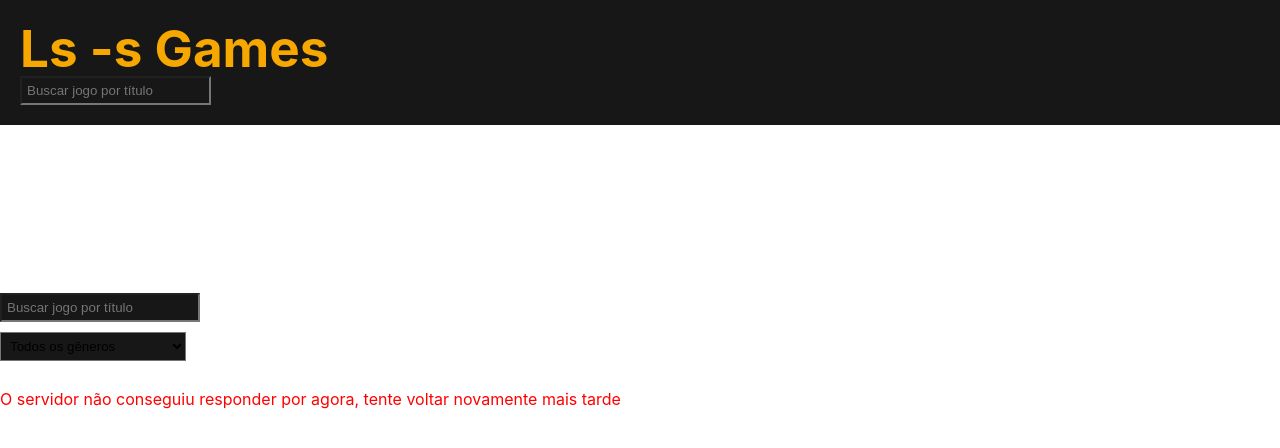
Repository: nlemuel/games-front-test
Page: /
These files come from the project's save history. The page is drawn as it stood at one moment and after the next save; the edit follows.
The browser window is 1280 px wide. The pictures show the whole page.
The page's requests for data from a server got no answer. The project was rebuilt for these pictures with package versions that can differ from the ones it lists, and the page was loaded fresh each time. No one was signed in, and anything a server would have sent is missing. Also part of the build but not shown: vite.config.ts.

Above is the page before, as saved 2023-06-25 16:50:11.

### src/App.tsx
import React from 'react';
import Home from './pages/Home';

const App: React.FC = () => {
  return <Home />;
};

export default App;

### src/index.css
:root {
  font-family: Inter, system-ui, Avenir, Helvetica, Arial, sans-serif;
  line-height: 1.5;
  font-weight: 400;

  color-scheme: light dark;
  color: rgba(255, 255, 255, 0.87);
  background-color: #171617;

  font-synthesis: none;
  text-rendering: optimizeLegibility;
  -webkit-font-smoothing: antialiased;
  -moz-osx-font-smoothing: grayscale;
  -webkit-text-size-adjust: 100%;
}

a {
  font-weight: 500;
  color: #646cff;
  text-decoration: inherit;
}
a:hover {
  color: #535bf2;
}

body {
  margin: 0;
  display: flex;
  place-items: center;
  min-width: 320px;
  min-height: 100vh;
}

h1 {
  font-size: 3.2em;
  line-height: 1.1;
}

button {
  border-radius: 8px;
  border: 1px solid transparent;
  padding: 0.6em 1.2em;
  font-size: 1em;
  font-weight: 500;
  font-family: inherit;
  background-color: #1a1a1a;
  cursor: pointer;
  transition: border-color 0.25s;
}
button:hover {
  border-color: #646cff;
}
button:focus,
button:focus-visible {
  outline: 4px auto -webkit-focus-ring-color;
}

@media (prefers-color-scheme: light) {
  :root {
    color: #213547;
    background-color: #ffffff;
  }
  a:hover {
    color: #747bff;
  }
  button {
    background-color: #f9f9f9;
  }
}

### src/pages/Home.tsx
import React, { useState, useEffect } from 'react';
import Container from '../components/Container/styles';
import Card from '../components/Card/styles';
import Title from '../components/Title/styles';
import Image from '../components/Image/styles';
import ErrorMessage from '../components/ErrorMessage/styles';
import Loader from '../components/Loader/styles';
import SearchBar from '../components/SearchBar/styles';
import GenreFilter from '../components/GenreFilter/styles';
import Header from '../components/Header';

import { fetchGames } from '../api/api';
import DescriptionText from '../components/Description/styles';

interface Game {
  id: number;
  title: string;
  genre: string;
  thumbnail: string;
  short_description: string;
}

const App: React.FC = () => {
  const [loading, setLoading] = useState<boolean>(true);
  const [error, setError] = useState<string>('');
  const [games, setGames] = useState<Game[]>([]);
  const [searchTerm, setSearchTerm] = useState<string>('');
  const [selectedGenre, setSelectedGenre] = useState<string>('');

  useEffect(() => {
    const fetchData = async () => {
      try {
        setLoading(true);
        setError('');

        const fetchedGames = await fetchGames();
        setGames(fetchedGames);
      } catch (error: any) {
        setError(error.message);
      } finally {
        setLoading(false);
      }
    };

    fetchData();
  }, []);

  const handleSearch = (event: React.ChangeEvent<HTMLInputElement>) => {
    setSearchTerm(event.target.value);
  };

  const handleGenreChange = (event: React.ChangeEvent<HTMLSelectElement>) => {
    setSelectedGenre(event.target.value);
  };

  const filteredGames = games.filter((game) =>
    game.title.toLowerCase().includes(searchTerm.toLowerCase())
  );

  const filteredGamesByGenre = selectedGenre
    ? filteredGames.filter((game) => game.genre === selectedGenre)
    : filteredGames;

  return (
    <div>
    <Header setSearchTerm={handleSearch} />
      <SearchBar type="text" placeholder="Buscar jogo por título" onChange={handleSearch} />

      <GenreFilter value={selectedGenre} onChange={handleGenreChange}>
        <option value="">Todos os gêneros</option>
        {[...new Set(games.map((game) => game.genre))].map((genre) => (
          <option key={genre} value={genre}>
            {genre}
          </option>
        ))}
      </GenreFilter>

      {loading ? (
        <Loader>Carregando...</Loader>
      ) : (
        <Container>
          {filteredGamesByGenre.map((game) => (
            <Card key={game.id}>
              <Title>{game.title}</Title>
              <Image src={game.thumbnail} alt={game.title} />
              <DescriptionText>{game.short_description}</DescriptionText>
            </Card>
          ))}
        </Container>
      )}

      {error && <ErrorMessage>{error}</ErrorMessage>}
    </div>
  );
};

export default App;

### src/components/Container/styles.tsx
import styled from 'styled-components';

const Container = styled.div`
  display: flex;
  flex-wrap: wrap;
  justify-content: center;
`;

export default Container;

### src/components/Card/styles.tsx
import styled from 'styled-components';

const Card = styled.div`
  flex: 0 0 30%;
  margin: 10px;
  padding: 10px;
  background-color: #161716;
  border-radius: 5px;
  margin-top: 2rem;
`;

export default Card;

### src/components/Title/styles.tsx
import styled from 'styled-components';

const Title = styled.h3`
  color: #f6a700;
  margin: 0;
`;

export default Title;

### src/components/Image/styles.tsx
import styled from 'styled-components';

const Image = styled.img`
  width: 100%;
  height: auto;
  margin-bottom: 10px;
`;

export default Image;

### src/components/ErrorMessage/styles.tsx
import styled from 'styled-components';

const ErrorMessage = styled.p`
  color: red;
`;

export default ErrorMessage;

### src/components/Loader/styles.tsx
import styled from 'styled-components';

const Loader = styled.div`
  display: flex;
  justify-content: center;
  align-items: center;
  height: 200px;
  font-size: 24px;
`;

export default Loader;

### src/components/SearchBar/styles.tsx
import styled from 'styled-components';

const SearchBar = styled.input`
  display: flex;
  justify-content: center;
  width: 30%;
  margin-bottom: 10px;
  padding: 5px;
  background-color: #161716;
`;

export default SearchBar;

### src/components/GenreFilter/styles.tsx
import styled from 'styled-components';

const GenreFilter = styled.select`
  display: flex;
  justify-content: center;
  width: 30%;
  margin-bottom: 10px;
  padding: 5px;
  background-color: #161716;
`;

export default GenreFilter;

### src/components/Header/index.tsx
import React from 'react';
import styled from 'styled-components';

const HeaderContainer = styled.header`
  background-color: #161716;
  padding: 20px;
  position: fixed;
  top: 0;
  width: 100%;
  z-index: 9999;
`;

const Title = styled.h1`
  color: #f6a700;
  margin: 0;
`;

const SearchBar = styled.input`
  padding: 5px;
  background-color: #161716;
  color: #f6a700;
`;

interface HeaderProps {
  setSearchTerm: React.ChangeEventHandler<HTMLInputElement>;
}

const Header: React.FC<HeaderProps> = ({ setSearchTerm }) => {
  return (
    <HeaderContainer>
      <Title>Ls -s Games</Title>
      <SearchBar type="text" placeholder="Buscar jogo por título" onChange={setSearchTerm} />
    </HeaderContainer>
  );
};

export default Header;

### src/api/api.ts
import axios, { AxiosResponse } from 'axios';

interface Game {
  id: number;
  title: string;
  genre: string;
  thumbnail: string;
  short_description: string;
}

const API_URL = 'https://games-test-api-81e9fb0d564a.herokuapp.com/api/data/';

const fetchGames = async (): Promise<Game[]> => {
  try {
    const config = {
      headers: {
        'dev-email-address': 'lemuelayres@gmail.com'
      },
    };

    const response: AxiosResponse<Game[]> = await axios.get(API_URL, config);
    return response.data;
  } catch (error: any) {
    if (error.response && error.response.status >= 500 && error.response.status <= 509) {
      throw new Error('O servidor falhou em responder, tente recarregar a página');
    } else {
      throw new Error('O servidor não conseguiu responder por agora, tente voltar novamente mais tarde');
    }
  }
};

export { fetchGames };

### src/components/Description/styles.tsx
import styled from 'styled-components';

const DescriptionText = styled.p`
  color: #ffffff;
`;

export default DescriptionText;

Loaded but not shown: index.html (common file); src/main.tsx (common file)

After the next save:
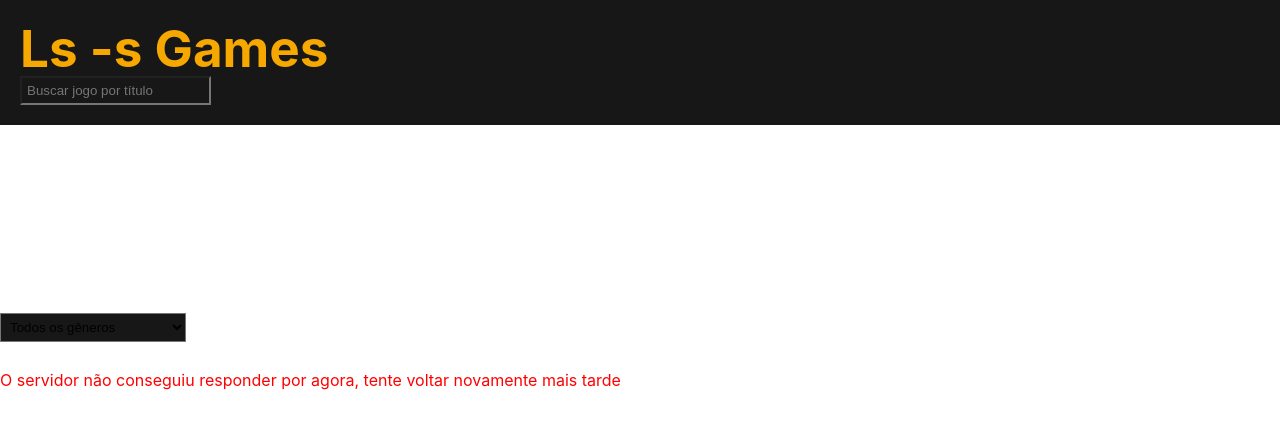
Saved 4 s later.
--- a/src/pages/Home.tsx
+++ b/src/pages/Home.tsx
@@ -5,7 +5,7 @@ import Title from '../components/Title/styles';
 import Image from '../components/Image/styles';
 import ErrorMessage from '../components/ErrorMessage/styles';
 import Loader from '../components/Loader/styles';
-import SearchBar from '../components/SearchBar/styles';
+// import SearchBar from '../components/SearchBar/styles';
 import GenreFilter from '../components/GenreFilter/styles';
 import Header from '../components/Header';
 
@@ -63,8 +63,8 @@ const App: React.FC = () => {
 
   return (
     <div>
-    <Header setSearchTerm={handleSearch} />
-      <SearchBar type="text" placeholder="Buscar jogo por título" onChange={handleSearch} />
+     <Header setSearchTerm={handleSearch} />
+      {/* <SearchBar type="text" placeholder="Buscar jogo por título" onChange={handleSearch} /> */}
 
       <GenreFilter value={selectedGenre} onChange={handleGenreChange}>
         <option value="">Todos os gêneros</option>
